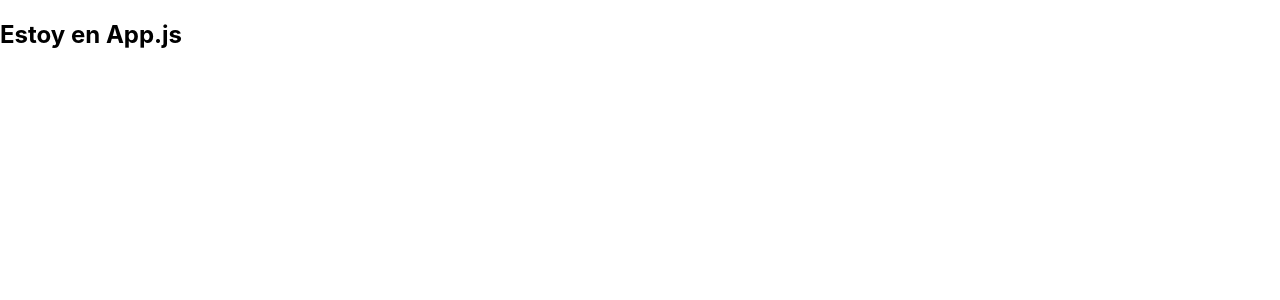
Repository: geraldine-ventura/Jsx-practica-terminada
Page: /
An editor plug-in stored every save of this project. The page is shown before and after the next save, followed by the edit.
The browser window is 1280 px wide. The pictures show the whole page.
The project was rebuilt for these pictures with package versions that can differ from the ones it lists, and the page was loaded fresh each time.

Above is the page before, as saved 2022-12-28 19:01:45.

### src/App.js
import React from 'react'
import Jsx from "./componetes/Jsx"


function App() {
  return (
    <div className="App">
    <h2>Estoy en App.js</h2>
    </div>
  );
}

export default App;

### src/componetes/Jsx.js
import React, { Fragment } from 'react'

const  Jsx= () => {
    //const saludo =" CONSTANTE PRUEBA"
    const temperatura=21;
    return (
        <Fragment>

    <h2>Frio o Calor?</h2>
    <h4>
       {
        temperatura > 20 ? "calor" : "frio"
       }
    </h4>
       </Fragment>
        );
}

export default Jsx;

Loaded but not shown: public/index.html (common file); src/index.js (common file); src/index.css (common file); src/reportWebVitals.js (common file)

After the next save:
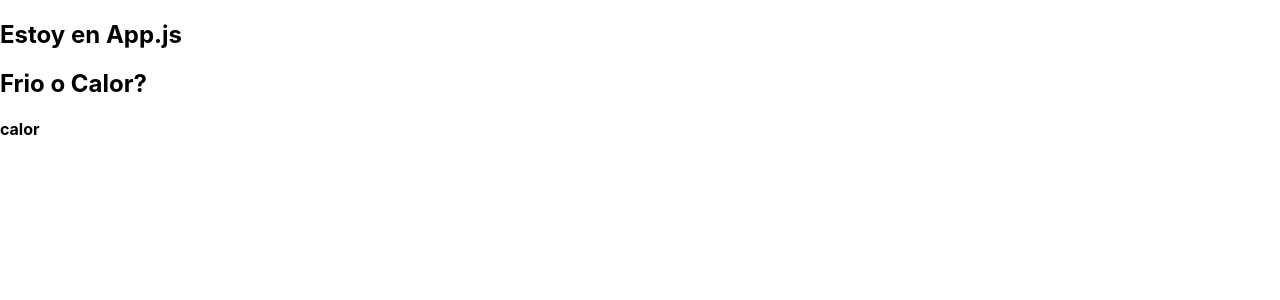
Saved 21 s later.
--- a/src/App.js
+++ b/src/App.js
@@ -6,6 +6,7 @@ function App() {
   return (
     <div className="App">
     <h2>Estoy en App.js</h2>
+    <Jsx></Jsx>
     </div>
   );
 }
